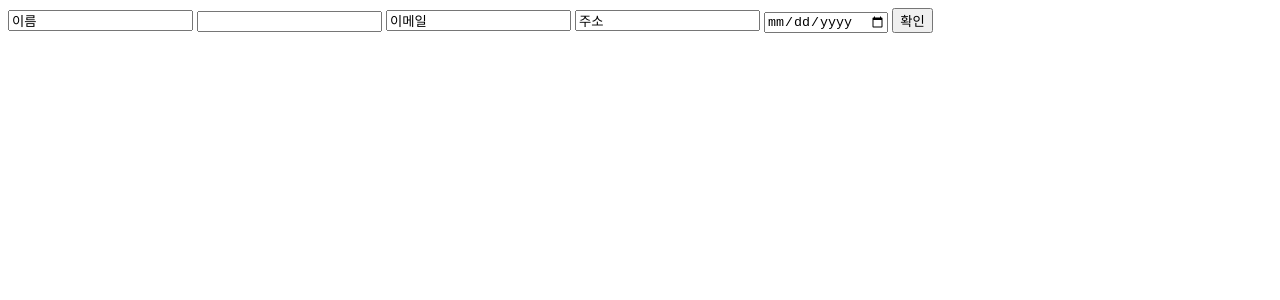
Repository: skvictoria/django-application
Page: test0413/templates/PBOOK/add.html
The author's editor kept a copy of each file at every save. The page is drawn from the files as they stood at one save, then again after the next save.
The browser window is 1280 px wide. The pictures show the whole page.

Above is the page before, as saved 2020-05-01 03:59:42.

After the next save:
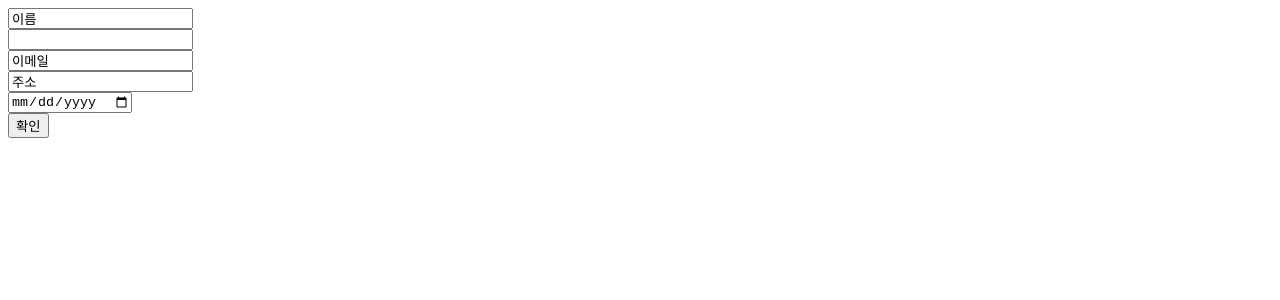
Saved 6 min 33 s later.
--- a/test0413/templates/PBOOK/add.html
+++ b/test0413/templates/PBOOK/add.html
@@ -1,10 +1,10 @@
 <div>
 <form method='POST'>
-<input type="text" value="이름">
-<input type="number" value="전화번호">
-<input type="email" value="이메일">
-<input type="text" value="주소">
-<input type="date" value="연도-월-일">
-<input type="button" value="확인">
+<input type="text" value="이름"><br>
+<input type="number" value="전화번호"><br>
+<input type="email" value="이메일"><br>
+<input type="text" value="주소"><br>
+<input type="date" value="연도-월-일"><br>
+<input type="submit" value="확인">
 </form>
 </div>
